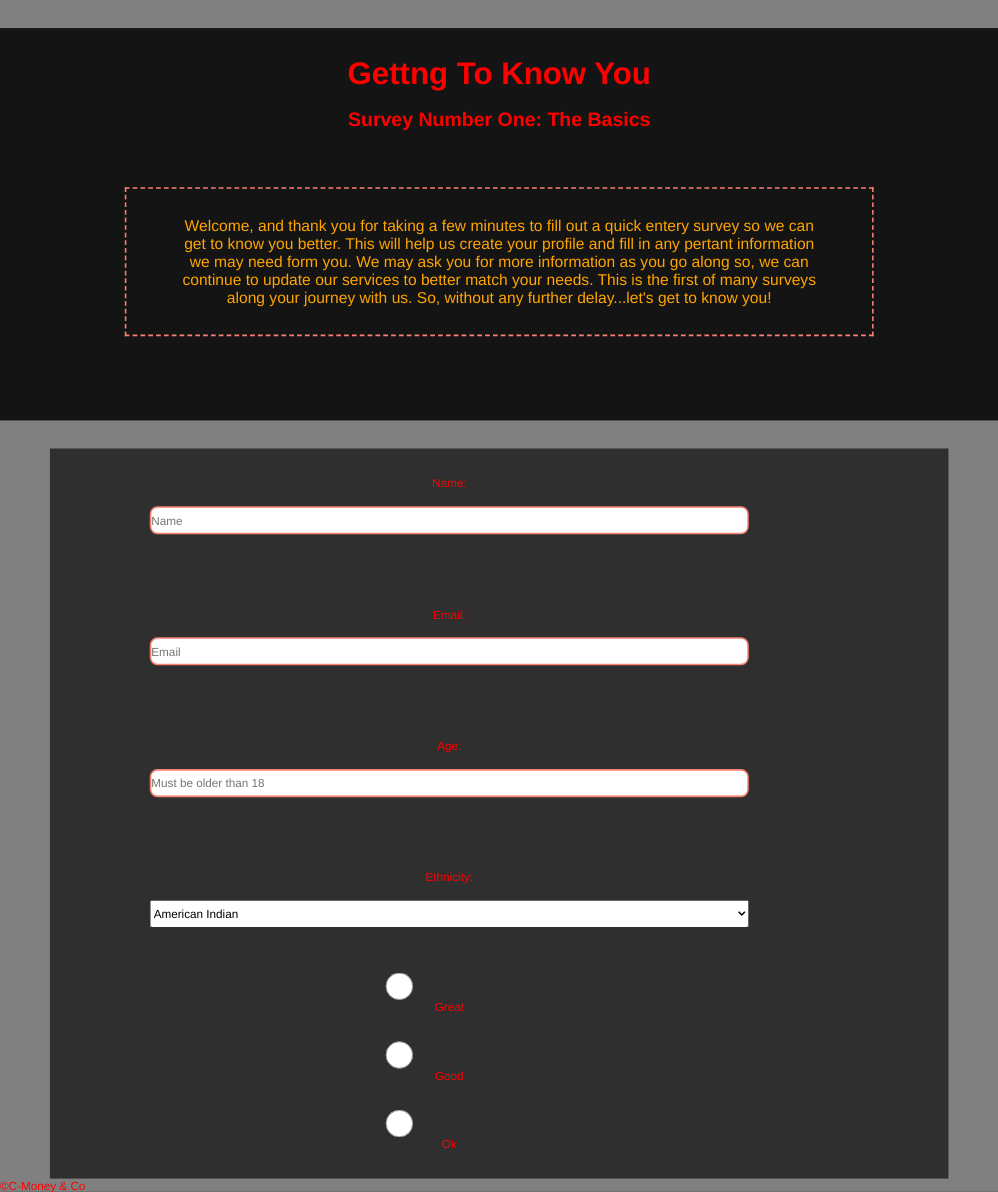
Repository: ctcoleman/surveyForm
Page: index.html
An editor plug-in stored every save of this project. The page is shown before and after the next save, followed by the edit.
The browser window is 1280 px wide. The pictures show the whole page, at 78% of full size.

Above is the page before, as saved 2020-06-28 14:35:14.
Console error: TypeError: Cannot read properties of null (reading 'addEventListener')

### index.html
<!DOCTYPE html>
<html lang="en">

<!-- Head -->

<head>
  <meta name="description" content="Survey Form Example Project">
  <meta name="author" content="Christopher Coleman">
  <meta name="title" content="Survey Form Project">
  <meta name="keywords" content="Survey, Forms, HTML, CSS, Example, Project" <meta name="viewport"
    content="width=device-width, initial-scale=1.0">
  <meta charset="UTF-8">
  <link rel="stylesheet" type="text/css" href="/assets/stylesheets/index.css">
  <title>Survey Form Project</title>
</head>

<!-- Body -->

<body>


  <!-- Main Content-->
  <main id="main">

    <!-- Header -->
    <header id="titleHeading" class="heading">
      <h1 id="title">Gettng To Know You</h1>
      <h2>Survey Number One: The Basics</h2>
      <section class="descriptionSection">
        <p id="description">Welcome, and thank you for taking a few minutes to fill out a quick entery survey so we can get to know you better. This will help us create your profile and fill in any pertant information we may need form you. We may ask you for more information as you go along so, we can continue to update our services to better match your needs. This is the first of many surveys along your journey with us. So, without any further delay...let's get to know you!</p>
      </section>
    </header>

    <!-- Survey Form -->
    <form id="survey-form" class="formWrapper" action="#" method="post">
      <!-- Name -->
      <div class="formEntery nameEntery">
        <label for="name-label">Name:</label>
        <input type="text" id="name" name="user_name" placeholder="Name" required>
      </div>
      <!-- E-Mail -->
      <div class="formEntery emailEntery">
        <label for="email-label">Email:</label>
        <input type="email" id="email" name="user_email" placeholder="Email" required>
      </div>
      <!-- Number -->
      <div class="formEntery numberEntery">
        <label for="number-label">Age:</label>
        <input type="number" id="number" placeholder="Must be older than 18" min="18" max="150">
      </div>
      <!-- Dropdown -->
      <div id="dropDownEntery" class="formEntery">
        <label for="dropdown-label">Ethnicity:</label>
        <select type="dropdown" id="dropdown" placeholder="Select from the following" required>
          <option value="americanIndian">American Indian</option>
          <option value="asian">Asian</option>
          <option value="africanAmerican">African American</option>
          <option value="hispanic">Hispanic</option>
          <option value="pacificIslander">Pacific Islander</option>
          <option value="white">White</option>
      </div>
      <!-- Radio Buttons -->
      <div id="radioButtons" class="formEntery radioButtons">

        <input class="radio" type="radio" id="radioGreat" name="radio" value="Great">
        <label for="radioGreat">Great</label>

        <input class="radio" type="radio" id="radioGood" name="radio" value="Good">
        <label for="radioGood">Good</label>

        <input class="radio" type="radio" id="radioOk" name="radio" value="Ok">
        <label for="radioOk">Ok</label>

      </div>
    </form>

    <!-- Footer -->
    <footer>
      <p>&copy;C-Money & Co</p>
    </footer>
  </main>

  <script>
    const btn = document.querySelector('button');
    const txt = document.querySelector('p')

    btn.addEventListener('click', updateBtn);

    function updateBtn() {
      if (btn.textContent === 'I am a button') {
        btn.textContent = 'I am a new button';
        txt.textContent = 'New Lorem Ipsum';
      } else {
        btn.textContent = 'I am a button';
        txt.textContent = 'Lorem Ipsum'
      }
    }
  </script>
  <script>url('https://cdn.freecodecamp.org/testable-projects-fcc/v1/bundle.js')</script>
</body>

</html>

### assets/stylesheets/index.css
/*
=== Basic Styling ===
*/

* {
  margin: 0;
  padding: 0;
  outline: 0;
  box-sizing: border-box;
  font-size: 62.5%
}

body {
 background: grey;
 background-size: contain;
 color: red;
 -webkit-font-smoothing: antialiased;
}

body, label, select, p, a, input, button, option {
  font-size: 1.5rem;
  font-family: 'Helvetica';
}

h1 {
  font-size: 4rem;
  text-align: center;
}

h2 {
  font-size: 2.5rem;
  text-align: center;
}

button {
 cursor: pointer;
}

/*
=== Header Styling ===
*/

header {
  margin: 5vh 0;
  padding: 5vh 0;
  background: rgba(0, 0, 0, 0.849);
  width: 100vw;
}
#title {
  margin-bottom: 3vh;
}
#description {
  font-size: 2rem;
  text-align: center;
  width: 75vw;
  margin: 10vh 12.5vw;
  padding: 5vh 5vw;
  border: 2px dashed salmon;
  color: orange;
}

/*
=== Form Styling ===
*/

#survey-form {
  display: flex;
  flex-direction: column;
  align-items: flex-end;
  justify-content: space-around;
  margin: 0 5vw;
  background: rgba(0, 0, 0, 0.637);
}

.formWrapper .formEntery {
  margin: 5vh 0;
  width: 100vw;
  display: flex;
  flex-direction: column;
  align-items: center;
}

.formEntery .radio {
  font-size: 2rem;
  margin: 5vh 15vw 0;
  align-self: flex-start;
}

.formEntery input {
  width: 60vw;
  margin: 3vh 20vw;
  height: 5vh;
  border: 2px solid salmon;
  border-radius: 10px;
}

.formEntery select {
  width: 60vw;
  margin: 3vh 20vw;
  height: 5vh;
}

#dropDownEntery {
  height: 50vh;
}

After the next save:
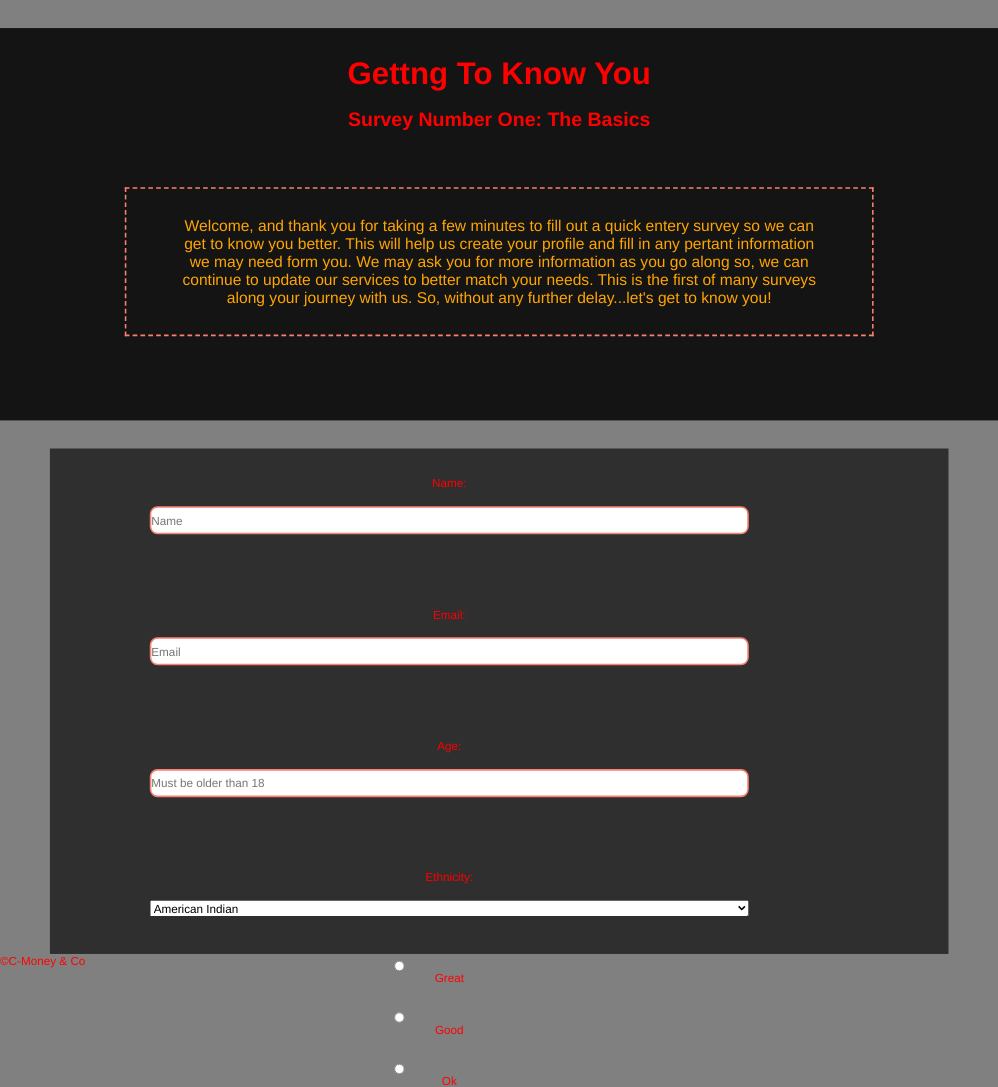
Saved 10 s later.
--- a/assets/stylesheets/index.css
+++ b/assets/stylesheets/index.css
@@ -101,5 +101,5 @@ header {
 }
 
 #dropDownEntery {
-  height: 50vh;
+  height: 10vh;
 }
